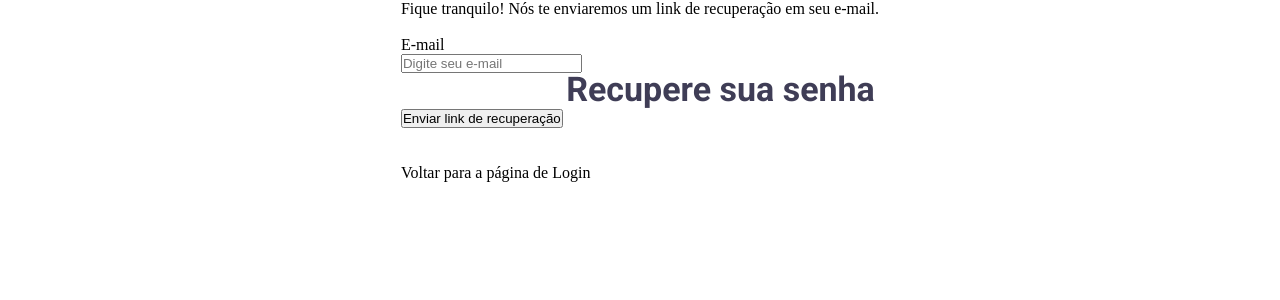
Repository: RenatoCCS/formularios
Page: senha.html
The author's editor kept a copy of each file at every save. The page is drawn from the files as they stood at one save, then again after the next save.
The browser window is 1280 px wide. The pictures show the whole page.

Above is the page before, as saved 2023-03-27 20:45:43.

After the next save:
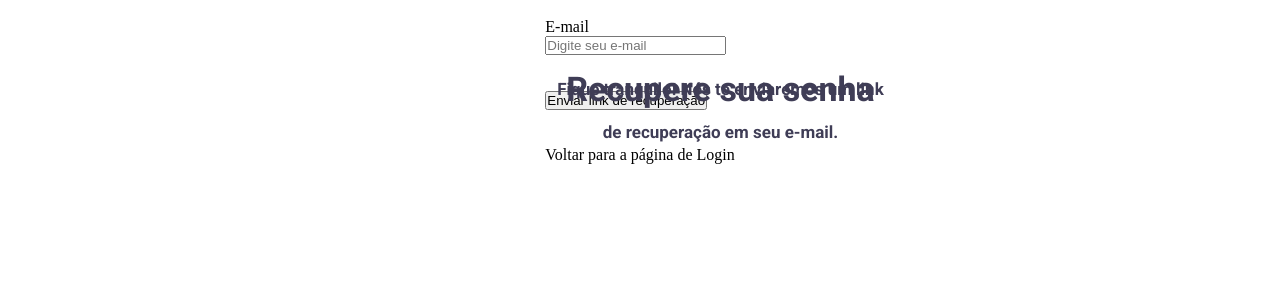
Saved 105 s later.
--- a/style.css
+++ b/style.css
@@ -780,4 +780,16 @@
 }
 
 .form__Senha__Frase {
-}
+  position: absolute;
+  width: 337px;
+  height: 43px;
+  top: 68px;
+  left: 552px;
+  color: var(--primeira-cor);
+  font-family: var(--fonte-primaria);
+  font-style: normal;
+  font-weight: 700;
+  font-size: 17px;
+  line-height: 43px;
+  text-align: center;
+}
